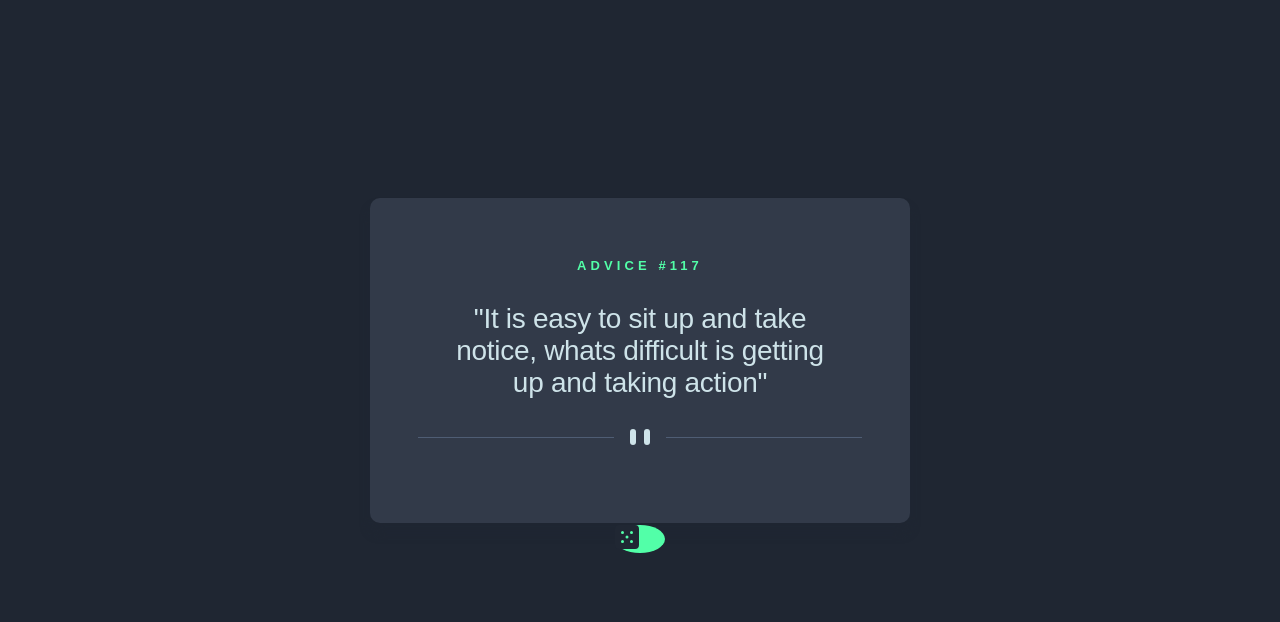
Repository: Arkitecth/advice-generator
Page: index.html
The author's editor kept a copy of each file at every save. The page is drawn from the files as they stood at one save, then again after the next save.
The browser window is 1280 px wide. The pictures show the whole page.

Above is the page before, as saved 2023-07-12 18:06:29.

After the next save:
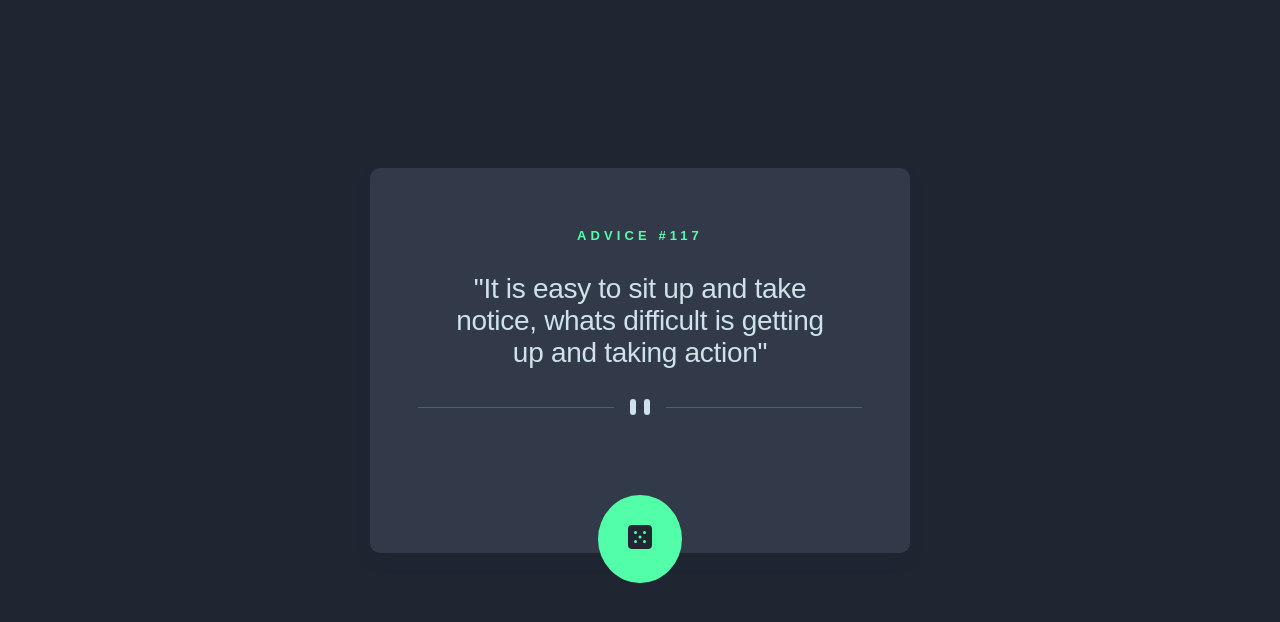
Saved 13 s later.
--- a/style.css
+++ b/style.css
@@ -62,5 +62,6 @@
     transform: translateY(80px);
     background-color: var(--neon-green);
     border-radius: 50%;
-    width: 50px;
+    padding: 30px;
+
 }
